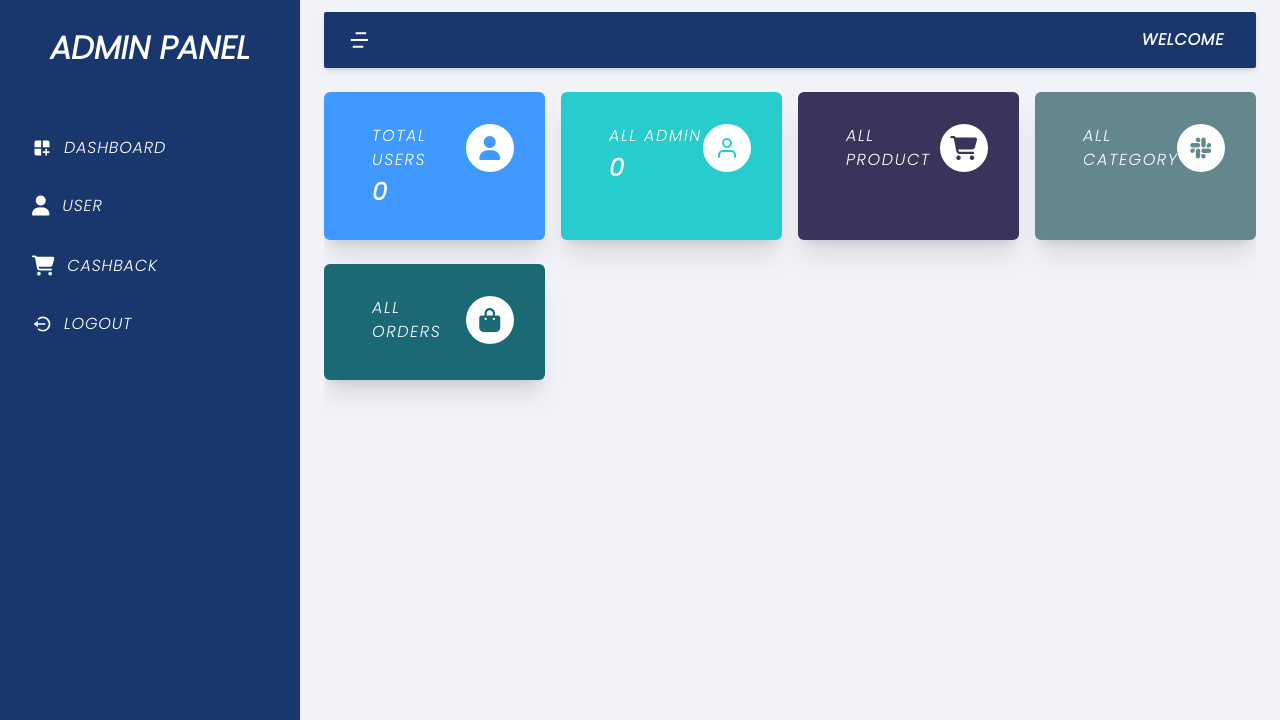
Repository: FlyweisReact/Ankit-Pandey-Admin-Panel
Page: /dashboard
These files come from the project's save history. The page is drawn as it stood at one moment and after the next save; the edit follows.
The browser window is 1280 px wide. The pictures show the whole page.
The page's requests for data from a server got no answer. Some web libraries are served in a nearby version. The project was rebuilt for these pictures with package versions that can differ from the ones it lists, and the page was loaded fresh each time. No one was signed in, and anything a server would have sent is missing. Also part of the build but not shown: src/Screen/Login.jsx, src/Screen/EAdminCustomer.js, src/Screen/EAdmin.js.

Above is the page before, as saved 2023-06-16 15:42:09.

After the next save:
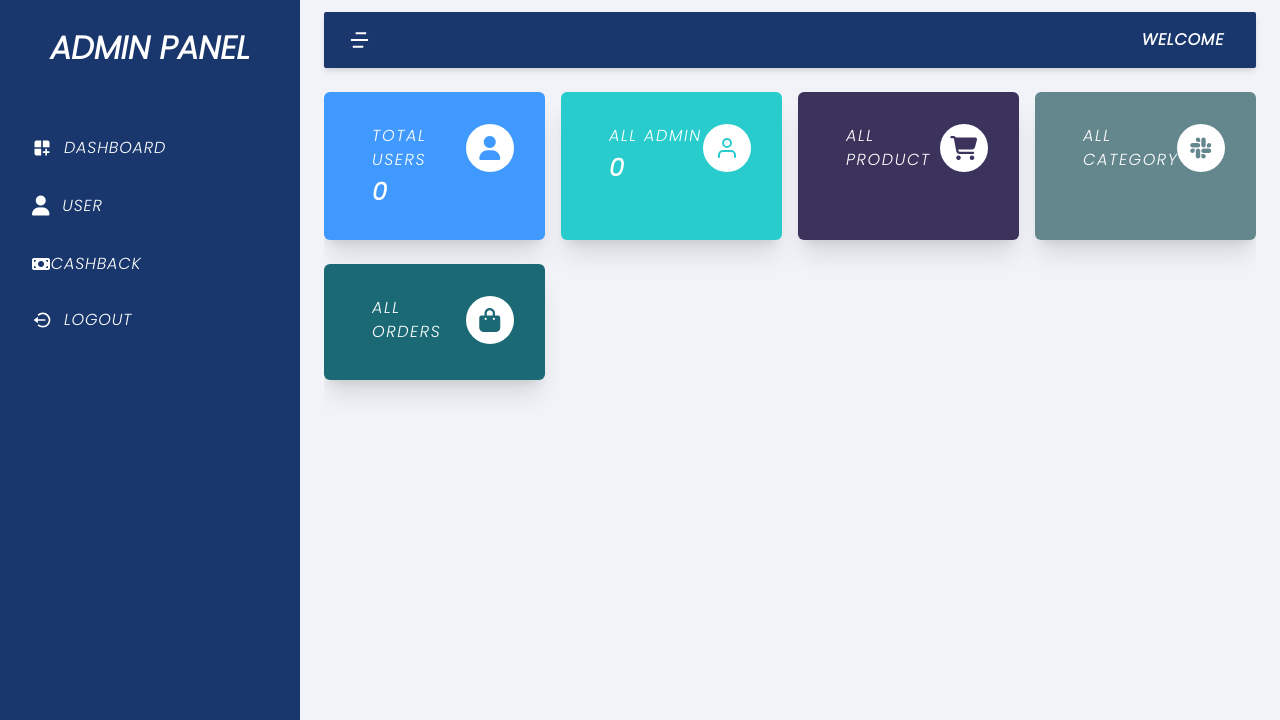
Saved 38 s later.
--- a/src/Screen/layout/Sidebar.jsx
+++ b/src/Screen/layout/Sidebar.jsx
@@ -22,7 +22,7 @@ const Sidebar = ({ hamb, setHamb }) => {
     },
     {
       icon: (
-        <i className="fa-solid fa-cart-shopping text-xl mr-3 rounded-full"></i>
+        <i class="fa-sharp fa-solid fa-money-bill"></i>
       ),
       link: "/Customer",
       name: "Cashback",
